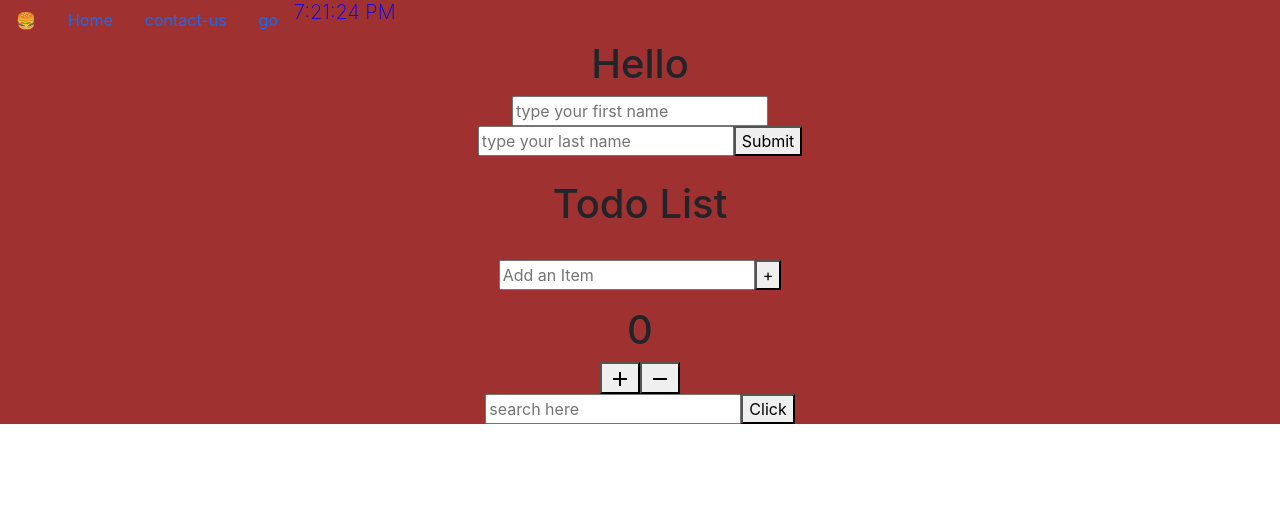
Repository: shah-zx/React-learning
Page: /
These files come from the project's save history. The page is drawn as it stood at one moment and after the next save; the edit follows.
The browser window is 1280 px wide. The pictures show the whole page.
Some web libraries are served in a nearby version. The project was rebuilt for these pictures with package versions that can differ from the ones it lists, and the page was loaded fresh each time. Also part of the build but not shown: src/components/Greet.js, src/components/Welcome.js, src/components/Swagat.js, src/components/Namaste.js, src/components/Hello.js, src/components/ayiye.js, src/components/Message.js, src/components/Thought.js and 52 more. Imported but missing from the stored project, and not drawn on this page: src/components/Indexaskeyantipattern.

Above is the page before, as saved 2021-11-21 23:56:47.

### public/index.html
<!DOCTYPE html>
<html lang="en">
  <head>
    <meta charset="utf-8" />
    <link rel="icon" href="%PUBLIC_URL%/favicon.ico" />
    <meta name="viewport" content="width=device-width, initial-scale=1" />
    <meta name="theme-color" content="#000000" />
    <meta
      name="description"
      content="Textutility is a text based utility whuc can be used to manipulate your text in way you want"
    />
    <link rel="stylesheet" href="https://pro.fontawesome.com/releases/v5.10.0/css/all.css" integrity="sha384-AYmEC3Yw5cVb3ZcuHtOA93w35dYTsvhLPVnYs9eStHfGJvOvKxVfELGroGkvsg+p" crossorigin="anonymous"/>
    <link rel="apple-touch-icon" href="%PUBLIC_URL%/logo192.png" />
    <!--
      manifest.json provides metadata used when your web app is installed on a
      user's mobile device or desktop. See https://developers.google.com/web/fundamentals/web-app-manifest/
    -->
    <link rel="manifest" href="%PUBLIC_URL%/manifest.json" />
    <!--Bootstrap CSS-->
    <link href="https://cdn.jsdelivr.net/npm/bootstrap@5.1.3/dist/css/bootstrap.min.css" rel="stylesheet" integrity="sha384-1BmE4kWBq78iYhFldvKuhfTAU6auU8tT94WrHftjDbrCEXSU1oBoqyl2QvZ6jIW3" crossorigin="anonymous">
    <!--
      Notice the use of %PUBLIC_URL% in the tags above.
      It will be replaced with the URL of the `public` folder during the build.
      Only files inside the `public` folder can be referenced from the HTML.

      Unlike "/favicon.ico" or "favicon.ico", "%PUBLIC_URL%/favicon.ico" will
      work correctly both with client-side routing and a non-root public URL.
      Learn how to configure a non-root public URL by running `npm run build`.
    -->
    <title>Infuzex</title>
  </head>
  <body>
    <noscript>You need to enable JavaScript to run this app.</noscript>
    <div id="root"></div>
    <div id="portal-root"></div>

    <!--
      This HTML file is a template.
      If you open it directly in the browser, you will see an empty page.

      You can add webfonts, meta tags, or analytics to this file.
      The build step will place the bundled scripts into the <body> tag.

      To begin the development, run `npm start` or `yarn start`.
      To create a production bundle, use `npm run build` or `yarn build`.
    -->
    <!--Bootstrap JS-->
  <script src="https://cdn.jsdelivr.net/npm/bootstrap@5.1.3/dist/js/bootstrap.bundle.min.js" integrity="sha384-ka7Sk0Gln4gmtz2MlQnikT1wXgYsOg+OMhuP+IlRH9sENBO0LRn5q+8nbTov4+1p" crossorigin="anonymous"></script>
 </body>
</html>

### src/App.js
import logo from './logo.svg';
import './App.css';
import React, { useState } from 'react';
import Greet from './components/Greet'
import Welcome from './components/Welcome'
import Swagat from './components/Swagat'
import Namaste from './components/Namaste'
import Hello from './components/Hello'
import Ayiye from './components/ayiye';
import Message from './components/Message'
import Thought from './components/Thought'
import Counter from './components/Counter'
import Functionalclick from './components/Functionalclick'
import Eventbind from './components/Eventbind'
import ParentComponent from './components/ParentComponent';
import CoditionalRendering from './components/CoditionalRendering';
import Namelist from './components/Namelist';
import Indexaskeyantipattern from './components/Indexaskeyantipattern'
import Stylesheet from './components/Stylesheet'
import Inline from './components/Inline'
import './appStyles.css'
import styles from './appStyles.module.css'
import Form from './components/Form';
import Fragments from './components/Fragments';
import Tables from './components/Tables';
import Columns from './components/Columns';
import Purecomponents from './components/Purecomponents'
import Parentcomp from './components/Parentcomp';
import MemoComp from './components/MemoComp'
import RefsDemo from './components/RefsDemo';
import Focusinput from './components/Focusinput'
import FRparentinput from './components/FRparentinput';
import Portaldemo from './components/Portaldemo'
import Practice1 from './components/Practice1';
import Practice2 from './components/Practice2';
import Clickcounter from './components/Clickcounter';
import HoverCount from './components/HoverCount'
import Componentone from './components/Componentone'
import ClickcounterTwo from './components/ClickcounterTwo';
import HovercounterTwo from './components/HovercounterTwo'
import Hovering from './components/Hovering';
import User from './components/User'
import Counterforcountandhover from './components/Counterforcountandhover';
import Navbar from './components/Navbar';
import TextForm from './components/TextForm';
import About from './components/About';
import Alert from './components/Alert';
import {
  BrowserRouter as Router,
  Switch,
  Route,
  Link

} from "react-router-dom";
import One from './practice_components/One';
import Alert_pr from './practice_components/Alert_pr';
import Footer from './components/Footer';
import Textarea from './practice_components/Textarea';
import NotesState from '../src/context/notes/NotesState'
import Hooks from './practice_components/Hooks';
import Time from './practice_components/Time';
import Dclock from './practice_components/Dclock';
import Handlingevents from './practice_components/Handlingevents'
import Forms from './practice_components/Forms';
import Login from './practice_components/Login';
import Todo from './practice_components/Todo'
import Count from './components/Count';
import CountA from '../src/contextApi/CountA'
import CountC from '../src/contextApi/CountC'
import Search from './practice_components/Search';
function App() {
  // const [darkMode , setDarkMode] = useState(false)  // Wether dark mode is enabled or disabled //
  const [alert, setAlert] = useState(null);  // This is used for setting the state //
  const showAlert = (message, type) => {    // This is for showing the alert

    setAlert({
      msg: message,
      type: type
    })
    setTimeout(() => {  // This will help us to fade out the text message after 2 seconds //
      setAlert(null);
    }, 2000);
  }

  return (
    <>
    <NotesState>
      <Router>

        <div className="App">
          {

            <Navbar title= "🍔" Abouttext="Home" cont="contact-us" hello="go" />
       // Passing the props //
      /*      <Greet name = "hamza" heroName = "Batman"/>
      {/* <Greet name = ""  <Greet name = "shahnawaz" superName = "Superman"/>
      <Greet name = "rahul" wonderName = "women"/>

      {/*<Welcome />
      <Swagat />
      <Namaste />
      <Hello />
      <Ayiye naam="shahnawaz" elder="Brother" />
      <Ayiye naam="hamza" younger="Brother" /> */}
          {/* <Greet name="shahnawaz" heroName="Batman" /> */}
          {/* <Greet /> */}
          {/* <Welcome name="Hamza" heroName="Superman" /> */}
          {/* <Message />
      <Thought />
      <Counter /> */}
          {/* <ParentComponent /> */}
          {/* <Functionalclick /> */}
          {/* <Eventbind /> */}
          {/* <CoditionalRendering /> */}
          {/* <Namelist />  */}
          {/* <Indexaskeyantipattern /> */}
          {/* <Stylesheet primary = {true} />
      <Inline />
      <h1 className='error'>Error</h1>
      <h1 className={styles.success}>Success</h1>
      <Form /> */}
          {/* <Purecomponents /> */}
          {/* <Fragments /> */}
          {/* <Tables /> */}
          {/* <Parentcomp /> */}
          {/* <MemoComp /> */}
          {/* <Practice1 naam="romeo" herokanaam="billu" /> */}
          {/* <Hello />
      <RefsDemo />
      <Focusinput />
      <FRparentinput />
      <Portaldemo /> */}
          {/* <Practice2 /> */}
          {/* <Clickcounter /> */}
          {/* <HoverCount /> */}
          {/* <Componentone /> */}
          {/* <ClickcounterTwo /> */}
          {/* <HovercounterTwo /> */}
          {/* <Hovering /> */}
          {/* <User render={(isLoggedIn) => isLoggedIn ? 'Rendered' : 'Guest'} />   */}
          {/* <Counterforcountandhover render = {(count , incrementCount) => <ClickcounterTwo count = {count} incrementCount = {incrementCount}/> }/> */}
          {/* <Counterforcountandhover render = {(count , incrementCount) => <Hovering count = {count} incrementCount = {incrementCount}/> }/> */}
          {/* <Hooks/>
          <Time /> */}
          {/* <CountA/> */}
          {/* <CountA/> */}
          {/* <Forms/>? */}
          {/* <Handlingevents /> */}
          <Login />
          <Todo />
          <Count />
          <Alert alert={alert} />
          <Search/>
          {/* <div className="alert">
            <Alert_pr showAlert={showAlert} />
          </div>
          <div classname="greet">
            <Greet />
          </div>
          <div className="container my-3" >
            <Switch>
              <Route path="/about">
                <About />
                {/* <Ayiye/> */}
              {/* </Route>
              <Route path="/">
                <TextForm showAlert={showAlert} heading="Enter the text to see :" />
                <div className="txt">
                  <Textarea st="checkbox"/>
                </div>
                <div className="red_card">
                  <One />
                  <div className="container">
                    <Footer heading = "Footer" link1 = "Facebook" ls = "Twitter" oneLink = "Instagram" secLink = "LinkedIn"/>
                  </div>
                </div>
              </Route>
            </Switch>
            {/* <About /> */}
          </div>
          {/* <About /> */}
        {/* </div> */}

      </Router>
    </NotesState>
    </>
  );
}

export default App;  // This is the place where we have exported our App //

// Functional components : takes properties ( a js function takes the props and returns the jsx code --> HTML code )
// As soon as we import the Greet Component we have to import it to our main App.js and use it as an html tag
// Class components : They can also recieve input as props and retun html code
// It can maintain some data private to that component
// The user component will make sure the user is logged in or not

### src/App.css
.App {
  text-align: center;
  background-color: rgb(160, 49, 49);
}

.App-logo {
  height: 40vmin;
  pointer-events: none;
}

@media (prefers-reduced-motion: no-preference) {
  .App-logo {
    animation: App-logo-spin infinite 20s linear;
  }
}

.App-header {
  background-color: #282c34;
  min-height: 100vh;
  display: flex;
  flex-direction: column;
  align-items: center;
  justify-content: center;
  font-size: calc(10px + 2vmin);
  color: white;
}

.App-link {
  color: #61dafb;
}

@keyframes App-logo-spin {
  from {
    transform: rotate(0deg);
  }
  to {
    transform: rotate(360deg);
  }
}

/*
.red_card {
  display: flex;
  flex-wrap: wrap;
} */

.container {
  margin-top: 2em;
}
.time{
  font-weight: 200;
}

### src/components/Navbar.js
// Here we are making a navbar component //

import React from 'react'
import PropTypes from 'prop-types' // Importing the proptypes from props //
import {Link} from 'react-router-dom' // Importing the Link  , thing to remember : exporting not as DEFAULT //
import Dclock from '../practice_components/Dclock'
export default function Navbar(props) {

    return (
      <>
        <ul className="nav">
        <li className="nav-item">
          <Link className="nav-link active" aria-current="page" to="/">{props.title}</Link>
        </li>
        <li className="nav-item">
          <Link className="nav-link" to="about">{props.Abouttext}</Link>
        </li>
        <li className="nav-item">
          <Link className="nav-link" to="/">{props.cont}</Link>
        </li>
        <li className="nav-item">
          <a className="nav-link">{props.hello}</a>
        </li>
        <li>
      <Dclock/>
        </li>
      </ul>
      </>
    )
}
Navbar.propTypes = {      // These are our navbar properties //
                      title : PropTypes.string.isRequired ,
                      Abouttext : PropTypes.string
                   }

Navbar.defaultProps = {title : 'set title here' ,
                        Abouttext : 'set abouttext here'
                    }

### src/context/notes/NotesState.js
import react, { useState } from 'react';
import noteContext from './noteContext'

const NotesState = (props) => {
    const s1 = {
        "name": "Shahnawaz",
        "class": "5a"
    }
    const [state, setState] = useState(s1)
    const update = () => {
        setTimeout(() => {
            setState({
                "name": "hamza",
                "class": "12a"
            })
        }, 3000);
    }
    return (
        <noteContext.Provider value={{ state, update }}>
            {props.children}
        </noteContext.Provider>


    )
}

export default NotesState;

### src/practice_components/Dclock.jsx
import React , {useState} from 'react'

function Dclock() {

   let time = new Date().toLocaleTimeString();

   const[ctime , setTime] = useState(time)

   const updateTime = () => {
      let newtime = new Date().toLocaleTimeString();
      setTime(newtime)
   }

   setInterval(updateTime,1000) // This function will take a call back function and the interval after which the event will take place

    return (
        <>
            <h3 className = "time" style={{color : "blue" , fontSize : "20px"}}>{ctime}</h3>
        </>
    )
}

export default Dclock

### src/practice_components/Login.jsx
import React, { useState } from 'react'

function Login() {

  const [name, setName] = useState("")

  const [lastName, setLastName] = useState("");

  const [fullName, setfullName] = useState("")

  const [lastNamenew , setlastNamenew] = useState("")

  const onSubmits = (event) => {
    event.preventDefault();  // This will help in preventing the default behaviour of the form
    setfullName(name)
    setlastNamenew(lastName)
  }

  const handleThat = (event) => {
    setName(event.target.value);
  }

  const handleThattwo = (event) => {
    setLastName(event.target.value)
  }

  return (
    <>
      <div className="main_div">
        <form onSubmit={onSubmits}>
          <h1>Hello {fullName} {lastNamenew}</h1>
          <input
            onChange={handleThat}
            type="text"
            placeholder="type your first name"
            value={name}>
          </input>
          <br/>
          <input
          type = "text"
          onChange = {handleThattwo}
          placeholder = "type your last name"
          value = {lastName}>
          </input>
          <button type="submit">Submit</button>
        </form>
      </div>
    </>
  )
}

export default Login

### src/practice_components/Todo.js
import React ,{useState} from 'react'
import Todolist from './Todolist'

function App() {


    const [liText , setliText] = useState("")
    const [lists , setList] = useState([])

    const deleteItems = (id) => {
        console.log("deleted")
        setList((lists) => {
            return lists.filter((arrElem , index) => {
             return index !== id
            })
        })
    }

    const handleChange = (event) => {

        // console.log(event.target.value)
        setliText(event.target.value)
    }
    const handleClick = (event) => {
        setList([...lists , liText])   // Here we are providing the array with the strings (i.e , lists is the arrayand litext is the item)
        setliText(event.target.value)
    }

    return (
        <div className="main_div">
        <div className="center_div">
            <br />
            <h1>Todo List</h1>
            <br />
            <input type="text" className="" placeholder = "Add an Item" onChange={handleChange}/>
            <button onClick = {handleClick}> + </button>
            <ol>
            {lists.map((li , index) => {
               return <Todolist
               key = {index}
               id = {index}
               text = {li}
               onSelect = {deleteItems}
               />
            })}
            </ol>
        </div>

        </div>
    )
}

export default App

### src/components/Count.js
import React, { useState } from 'react'
import AddIcon from '@mui/icons-material/Add';
import RemoveIcon from '@mui/icons-material/Remove';
function Count() {


    // let count = 0;

    const [count, setCount] = useState(0)

    const handleClick = () => {
        console.log("Increased")
        setCount(count + 1)
    }

    const handleClick2 = () => {
        console.log("decreased")
        setCount(count - 1)
    }



    return (
        <div>
            <h1>{count}</h1>
            <button onClick={handleClick}>
            <AddIcon />
            </button>
            <button onClick={handleClick2}>
            <RemoveIcon />
            </button>
        </div>
    )
}

export default Count

### src/practice_components/Search.jsx
import React  , {useState} from 'react'

function Search() {
    const array = ["bhindi" , "pyaaz" , "aloo" , "tamatar" , "shimlamirch" , "cauliflower" , "carrot" , "begun" , "palak"]

    const [text , setText] = useState("")
    const handleThat = (event) => {
        // console.log(event.target.value)
        setText(event.target.value)
    }
    const handleChange = (event) => {
        const index = array.findIndex((arr)=> arr === text)
        console.log( text , index )
        if (text === array[index] ) {
        setText("Yes i am here")
        }
        else
        {
            setText("No i am not here")
        }

    }

    return (
        <div>
            {/* <h1>Hello there {text} here</h1> */}
            <input onChange = {handleThat}
             type="text"
             placeholder = "search here "
             value = {text}
             />
            <button onClick = {handleChange}>Click</button>
        </div>
    )
}

export default Search

### src/context/notes/noteContext.js
import { createContext } from "react";
const noteContext = createContext();   // Here we craeted a new context which will hold our states


export default noteContext;


// Here we have formed the context API

Loaded but not shown: src/index.js (common file); src/index.css (common file); src/reportWebVitals.js (common file)

After the next save:
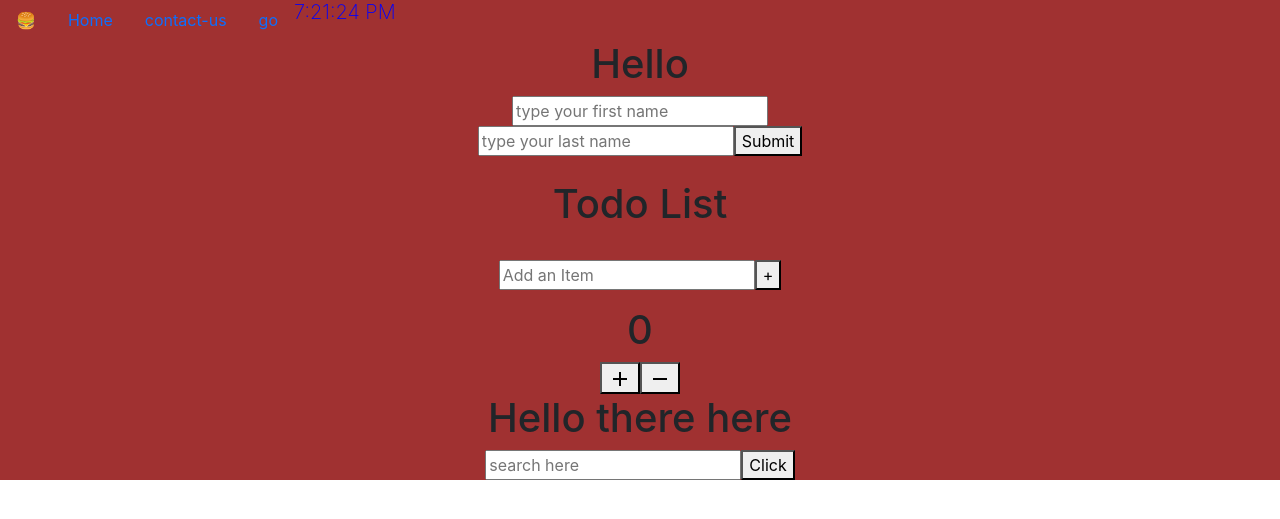
Saved 16 min 48 s later.
--- a/src/practice_components/Search.jsx
+++ b/src/practice_components/Search.jsx
@@ -23,7 +23,7 @@
 
     return (
         <div>
-            {/* <h1>Hello there {text} here</h1> */}
+            <h1>Hello there {text} here</h1>
             <input onChange = {handleThat}
              type="text"
              placeholder = "search here "

After the save that followed:
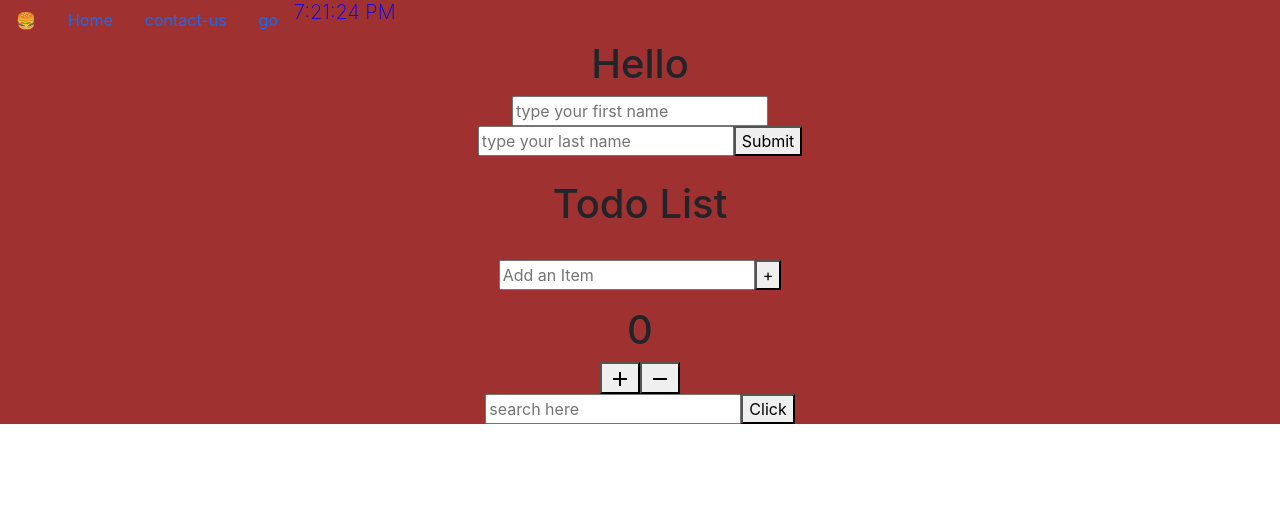
Saved 30 s later.
--- a/src/practice_components/Search.jsx
+++ b/src/practice_components/Search.jsx
@@ -23,7 +23,7 @@
 
     return (
         <div>
-            <h1>Hello there {text} here</h1>
+            {/* <h1>Hello there {text} here</h1> */}
             <input onChange = {handleThat}
              type="text"
              placeholder = "search here "
